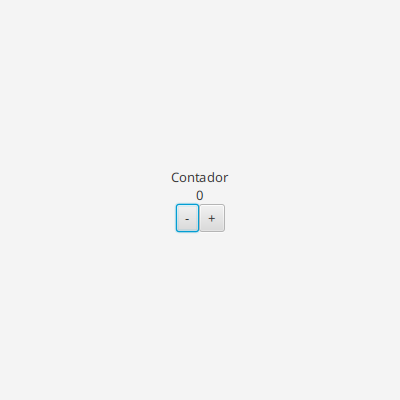
Repository: YurgPatussi/Learning-JAVA-
Program's window: java eclipse-workspace/exercicios-javafx/src/basico/Contador.java
These files come from the project's save history. The program's window is drawn as it stood at one moment and after the next save; the edit follows.
It runs on Java 21 on a 1366 x 768 screen with JavaFX 11; the title bar is not drawn.

Above is the program's window before, as saved 2022-03-24 00:32:13.

### eclipse-workspace/exercicios-javafx/src/basico/Contador.java
package basico;

import javafx.application.Application;
import javafx.geometry.Pos;
import javafx.scene.Scene;
import javafx.scene.control.Button;
import javafx.scene.control.Label;
import javafx.scene.layout.HBox;
import javafx.scene.layout.VBox;
import javafx.stage.Stage;

public class Contador extends Application{

	@Override
	public void start(Stage primaryStage) throws Exception {

		Label labelTitulo = new Label ("Contador");
		Label labelNumero = new Label ("0");

		Button botaoIncremento = new Button ("+");
		Button botaoDecremento = new Button ("-");

		HBox boxBotoes = new HBox();
		boxBotoes.setAlignment(Pos.CENTER);
		boxBotoes.getChildren().add(botaoDecremento);
		boxBotoes.getChildren().add(botaoIncremento);


		VBox boxPrincipal = new VBox();
		boxPrincipal.setAlignment(Pos.CENTER);
		boxPrincipal.getChildren().add(labelTitulo);
		boxPrincipal.getChildren().add(labelNumero);
		boxPrincipal.getChildren().add(boxBotoes);
;



		Scene cenaPrincipal = new Scene (boxPrincipal,400,400);
		primaryStage.setScene(cenaPrincipal);
		primaryStage.show();





	}

	public static void main(String[] args) {
		launch(args);

	}
}

After the next save:
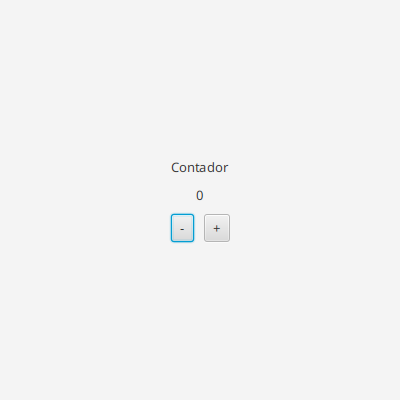
Saved 107 s later.
--- a/eclipse-workspace/exercicios-javafx/src/basico/Contador.java
+++ b/eclipse-workspace/exercicios-javafx/src/basico/Contador.java
@@ -22,12 +22,14 @@
 
 		HBox boxBotoes = new HBox();
 		boxBotoes.setAlignment(Pos.CENTER);
+		boxBotoes.setSpacing(10);
 		boxBotoes.getChildren().add(botaoDecremento);
 		boxBotoes.getChildren().add(botaoIncremento);
 
 
 		VBox boxPrincipal = new VBox();
 		boxPrincipal.setAlignment(Pos.CENTER);
+		boxPrincipal.setSpacing(10);
 		boxPrincipal.getChildren().add(labelTitulo);
 		boxPrincipal.getChildren().add(labelNumero);
 		boxPrincipal.getChildren().add(boxBotoes);
